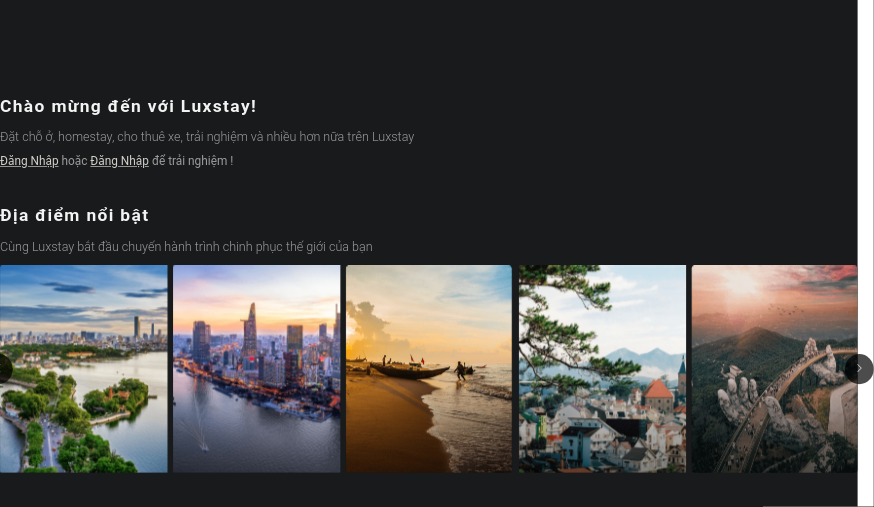
Repository: thuong22062004/Luxstay
Page: index.html
An editor plug-in stored every save of this project. The page is shown before and after the next save, followed by the edit.
The browser window is 1280 px wide. The page is 1304 px wide, so the pictures cover 1304 px, including what lies to the right of the window. The pictures show the whole page, at 67% of full size.
Some web libraries are served in a nearby version.

Above is the page before, as saved 2021-11-21 08:26:29.
Console error: TypeError: Cannot read properties of undefined (reading 'offsetWidth')

### index.html
<!DOCTYPE html>
<html lang="en">
<head>
    <meta charset="UTF-8">
    <meta http-equiv="X-UA-Compatible" content="IE=edge">
    <meta name="viewport" content="width=device-width, initial-scale=1.0">
    <link rel="stylesheet" href="./asset/grid.css">
    <link rel="stylesheet" href="./travel/dif.css">
    <link rel="stylesheet" href="./travel/thesame.css">
    <link
    rel="stylesheet"
    type="text/css"
    href="https://cdn.jsdelivr.net/npm/slick-carousel@1.8.1/slick/slick.css"
  />
    <link rel="stylesheet" href="./travel/icon/themify-icons-font/themify-icons/themify-icons.css">
    <title>Document</title>
</head>
<body>
    <div class="traveling">
        <!-- <header class="header">
            <div class="grid-comon">
                <div class="header__contain">
                    <div class="header__logo-search">
                        <svg version="1.1" fil ="white" viewBox="0 0 50 50" class="header__logo" style="width: 50px; height: 50px; "><path pid="0" fill="#fff" d="M25.093 0c13.781.06 24.94 11.317 24.882 25.106C49.917 38.894 38.663 50.058 24.88 50 11.1 49.942-.059 38.683.001 24.894.057 11.106 11.31-.058 25.092 0zm11.801 31.9L14.398 16.053c.241-.26.48-.518.74-.777 2.7-2.687 5.971-4.031 9.775-4.015 3.804.015 7.064 1.388 9.741 4.098.238.241.476.482.694.743l-5.951 4.133 2.381 1.688 5.153-3.576v.02L39.33 16.7c-.692-1.203-1.584-2.325-2.616-3.39-3.231-3.292-7.167-4.947-11.788-4.967-4.6-.019-8.53 1.603-11.809 4.867a17.806 17.806 0 00-2.682 3.408l1.429 1.004 23.429 16.51c-.24.26-.48.518-.74.777-2.7 2.687-5.971 4.011-9.775 3.996-3.803-.016-7.063-1.37-9.74-4.08-.258-.26-.496-.521-.734-.782l6.111-4.251-.139-.181-2.183-1.528-5.373 3.735v-.021l-2.377 1.65a17.824 17.824 0 002.654 3.43c3.253 3.291 7.169 4.946 11.769 4.965 4.62.021 8.549-1.602 11.83-4.866 1.06-1.075 1.96-2.21 2.682-3.406l-2.383-1.67z">
                      </path>
                    </svg>
                    <div class="header_search">
                        <div class="header__search-cotainer-input">
                        <input type="search" name="HI"  class="header__input-seacrch" placeholder="Tìm kiếm">
                            <div class="history__search">
                                <h3 class="hitory__search--heading">History</h3>
                                <ul class="history__search-list">
                                    <li class="history__search-item">
                                        <a href="" class="history__search-link">Dubai</a>
                                    </li>
                                    <li class="history__search-item">
                                        <a href="" class="history__search-link">Dubai</a>
                                    </li>
                                    <li class="history__search-item">
                                        <a href="" class="history__search-link">Dubai</a>
                                    </li>
                                    <li class="history__search-item">
                                        <a href="" class="history__search-link">Dubai</a>
                                    </li>
                                </ul>
                            </div>
                        </div>
                        <div class="header__day-guest">
                            <div class="hedaer__lich">
                                <span class="header_theday"><i class="header_theday-icon ti-calendar"></i>
                                    Ngày
                                </span>
                            </div>
                            <div class="header__guest-number">
                                <span class="header_theday"><i class=" header_theday-icon ti-user"></i>
                                    Số khách
                                </span>
                            </div>
                            <div class="header_search-icons">
                                <button class="btn btn-comon ">
                                <i class=" header_search-icon-search ti-search"></i>
                                </button>
                            </div>
                        </div>
                    </div>
                    </div>
                    <div class="header__nav">
                           <ul class="header__menu">
                               <li class="header__menu-item">
                                   <a href="" class="header__menu-link">Guide</a>
                                </li>
                                <li class="header__menu-item">
                                    <a href="" class="header__menu-link">Host</a>
                                 </li>
                                 <li class="header__menu-item">
                                    <a href="./travel/singup.html" class="header__menu-link">Đăng kí </a>
                                 </li>
                                 <li class="header__menu-item">
                                    <a href="./travel/login.html" class="header__menu-link">Đăng nhập</a>
                                 </li>
                                 <li class="header__menu-item  ">
                                     <input type="checkbox"  hidden name="" class="language__appear" id="languge__click-check">
                                     <label for = "languge__click-check" class="header__menu-item-img">
                                        <img class="header__menu-icon-img" src="https://www.luxstay.com/icons/vi.svg"/>
                                    <p href="" class="header__menu-link">VND <i class="ti-arrow-circle-down"></i></p>
                                    </label>
                                     <div class="header__language-container">
                                         <div class="header__language">
                                             <ul class="header__language-list">
                                                 <li class="header__languge-items">
                                                     <div class="language__item-use language__item-use-active">
                                                          <img class="header__language-img" src="https://www.luxstay.com/icons/vi.svg"/>
                                                            <a class="language__item-title">Tiếng Việt <i class="ti-check language__item-active"></i></a>
                                                     </div>
                                                 </li>
                                                 <li class="header__languge-items">
                                                    <div class="language__item-use ">
                                                         <img class="header__language-img" src="https://www.luxstay.com/icons/en.svg"/>
                                                           <a class="language__item-title">English<i class="ti-check language__item-active"></i></a>
                                                    </div>
                                                </li>
                                                <li class="header__laneguge-items">
                                                    <div class="language__item-use ">
                                                         <img class="header__language-img" src="https://www.luxstay.com/icons/ko.svg"/>
                                                           <a class="language__item-title">Korean<i class="ti-check language__item-active"></i></a>
                                                    </div>
                                                </li>
                                             </ul>
                                             <ul class="header__language-list">
                                                <li class="header__languge-items">
                                                    <div class="crash__item-use language__item-use-active ">
                                                           <span class="languge__item-symboi">VND</span>
                                                           <a class="language__item-title">Việt Nam Đồng<i class="ti-check language__item-active"></i></a>
                                                    </div>
                                                </li>
                                                <li class="header__languge-items">
                                                   <div class="crash__item-use ">
                                                    <span class="languge__item-symboi">USD</span>
                                                          <a class="language__item-title">United States Dollar<i class="ti-check language__item-active"></i></a>
                                                   </div>
                                               </li>
                                            </ul>
                                         </div>
                                     </div>
                                 </li>
                           </ul>
                    </div>
                </div>
            </div>
        </header> -->
        <div class="container">
            <div class="grid-comon">
            <div class="contain-slider">
                <!-- <div class="slider">
                    <i class="ti-angle-left slider__back "></i>
                    <i class="ti-angle-right slider__next "></i>
                    <ul class="list__dots">
                        <li class="item-dot active" data-index ="0"></li>
                        <li class="item-dot" data-index ="1"></li>
                        <li class="item-dot" data-index ="2"></li>
                        <li class="item-dot" data-index ="3"></li>
                        <li class="item-dot" data-index ="4"></li>
                    </ul>
                    <div class="contain-img">
                         <div class="list-img">
                         <div class="img-item">
                             <img src="./img/anh1.png" class= "img-child"  alt="" sizes="" srcset="">
                         </div>
                         <div class="img-item">
                             <img src='./img/anh2.png' class= "img-child" alt="" sizes="" srcset="">
                         </div>
                         <div class="img-item">
                             <img src="./img/anh1.png"class= "img-child" alt="" sizes="" srcset="">
                         </div>
                         <div class="img-item">
                             <img src="./img/anh2.png"class= "img-child"  alt="" sizes="" srcset="">
                         </div>
                         <div class="img-item">
                             <img src="./img/anh1.png"  class= "img-child" alt="" sizes="" srcset="">
                         </div>
                         </div>
                    </div>
                </div> -->
            </div>
            <div class="contain__fullofText grid">
                <h3 class="text-mutual">Chào mừng đến với Luxstay!</h3>
                <p class="text__chil-common">Đặt chỗ ở, homestay, cho thuê xe, trải nghiệm và nhiều hơn nữa trên Luxstay</p>
                <span class="text-log"><a href="" class="text__link-log">Đăng Nhập</a>
                    hoặc
                    <a href="" class="text__link-log">Đăng Nhập</a>
                    để trải nghiệm !
                </span>
            </div>
            <div class="contain__fullofText grid">
                <h3 class="text-mutual">Địa điểm nổi bật</h3>
                <p class="text__chil-common">Cùng Luxstay bắt đầu chuyến hành trình chinh phục thế giới của bạn</p>
            </div>
            <div class="slide-location">
                <div class="grid">
                <div class="row slider__slick-site">
                    <div class="col l-2 c-12">
                        <div class="img__local-list">
                                <img src="./img/ảnh HA NOI.png" alt="" class="img__local-item">
                                <div class="text__site-number">
                              <div class="contain__location-control">
                                <h5 class="text-site">Hà Nội</h5>
                               <p class="text-numofguest">2657 Chỗ ở</p>
                              </div>
                        </div>
                    </div>
                </div>
                <div class="col l-2 c-12">
                    <div class="img__local-list">
                            <img src="./img/tphcm.png" alt="" class="img__local-item">
                            <div class="text__site-number">
                          <div class="contain__location-control">
                            <h5 class="text-site">TP.Hồ Chí Minh</h5>
                           <p class="text-numofguest">2242 Chỗ ở</p>
                          </div>
                    </div>
                </div>
            </div>
            <div class="col l-2 c-12">
                <div class="img__local-list">
                        <img src="./img/vungtau.png" alt="" class="img__local-item">
                        <div class="text__site-number">
                      <div class="contain__location-control">
                        <h5 class="text-site">Vũng Tàu</h5>
                       <p class="text-numofguest">549 Chỗ ở</p>
                      </div>
                </div>
            </div>
        </div>
        <div class="col l-2 c-12">
            <div class="img__local-list">
                    <img src="./img/dalat.png" alt="" class="img__local-item">
                    <div class="text__site-number">
                  <div class="contain__location-control">
                    <h5 class="text-site">Đà Lạt </h5>
                   <p class="text-numofguest">1488 Chỗ ở</p>
                  </div>
            </div>
        </div>
    </div>
    <div class="col l-2 c-12">
        <div class="img__local-list">
                <img src="./img/danang.png" alt="" class="img__local-item">
                <div class="text__site-number">
              <div class="contain__location-control">
                <h5 class="text-site">Đà nẵng</h5>
               <p class="text-numofguest">897 Chỗ ở</p>
              </div>
        </div>
    </div>
</div>
<div class="col l-2 c-12">
    <div class="img__local-list">
            <img src="./img/nhatrang.png" alt="" class="img__local-item">
            <div class="text__site-number">
          <div class="contain__location-control">
            <h5 class="text-site">Nha trang</h5>
           <p class="text-numofguest">635 Chỗ ở</p>
          </div>
    </div>
</div>
</div>
<div class="col l-2 c-12">
    <div class="img__local-list">
            <img src="./img/quangninh.png" alt="" class="img__local-item">
            <div class="text__site-number">
          <div class="contain__location-control">
            <h5 class="text-site">Quảng Ninh</h5>
           <p class="text-numofguest">218 Chỗ ở</p>
          </div>
    </div>
</div>
</div>
<div class="col l-2 c-12">
    <div class="img__local-list">
            <img src="./img/hoian.png" alt="" class="img__local-item">
            <div class="text__site-number">
          <div class="contain__location-control">
            <h5 class="text-site">Hội an</h5>
           <p class="text-numofguest">323 Chỗ ở</p>
          </div>
    </div>
</div>
</div>
            </div>
        </div>
        </div>
        </div>
        <div class="footer"></div>
    </div>
    <script
      type="text/javascript"
      src="https://code.jquery.com/jquery-1.11.0.min.js"
    ></script>
    <script
      type="text/javascript"
      src="https://code.jquery.com/jquery-migrate-1.2.1.min.js"
    ></script>
    <script
      type="text/javascript"
      src="https://cdn.jsdelivr.net/npm/slick-carousel@1.8.1/slick/slick.min.js"
    ></script>
    <script src="index.js"></script>
    <script src="./slickslider/slickone.js"></script>
</body>
</html>

### travel/thesame.css
:root{
    --background-comon:#131516;
    --text-color : #d3cfc9;
    --text-hover :rgba(23, 241, 241, 0.7) ;
    --text-child :#131516;
    --text-title :#f3f3f3;
    --text-white :white;
    --outstanding-color:#181a1b;
    --text-pink:#ee0979;
    --text-small:#9d9d9d;
}
*{
    box-sizing: inherit;
    margin: 0;
    padding: 0;
}
html{
    font-size: 65%;
    line-height: 1.6rem;
    box-sizing: border-box;
    font-family: 'Roboto', sans-serif;
}
/*resposive*/
.grid {
    width: 1300px;
    max-width: 100%;
    margin: 0 auto;
}
.grid-comon{
    width:1500px;
    max-width: 100%;
    margin:0 auto;
}
.grid__row {
    display: flex;
    flex-wrap: wrap;
    margin-left: -9px; /*quy tắc 12column grid*/
    margin-right: -9px; /*quy tắc 12column grid*/
}
.grid__column-5{
    padding-left: 9px;
    padding-right: 9px;
    width: 20%;
}
/*nút*/
.btn{
    min-height: 30px;
    line-height: 30px;
    min-width: 56px;
    border: none;
    outline: none;
    border-radius: 5px;
    display: flex;
    align-items: center;
    justify-content: center;
    cursor: pointer;
    text-align: center;
}
.btn.btn-comon{
    background: #555555;
    min-height: 41px;
}
.btncircle{
    border-radius: 40px;
    border: 1px  solid #373c3e;
}
/*amination*/
@keyframes FadeIn {
    from{
        opacity: 0;
    }
    to{
        opacity: 1;
    }
}
 /*                       footer                                  */
.footer__contian{
    background:#181a1b;
    border-top: 0.25px solid wheat;
}
.footer__body-content{
    width: 100%;
    text-align: center;
    margin-top: 30px;
    padding-bottom: 30px;
}
.footer_content-text{
       font-size: 1.4rem;
    color: var(--text-color);
    line-height:2.5rem;
    letter-spacing: 1px;
    opacity: 0.6;
}
/* / text common */
.text-mutual{
    font-size:2.5rem;
    letter-spacing: 2px;
    color:var(--text-title);
    font-weight: 600;
    margin-bottom: 30px;
}
.text__chil-common{
    font-size:1.8rem;
    color:var(--text-small);
    margin-bottom: 20px;
    font-weight: 300;
}
.text__link-log{
    color:var(--text-color)
}
.contain__fullofText{
    margin-top: 60px;
}
.l-2{
    flex: 0 0 16.66667%;
    max-width: 20%;;
}
@media screen and (min-width:1113px) {
    .row{
       margin-left: -4px;
       margin-right: -4px;
    }
    .col{
        padding-left: 4px;
        padding-right: 4px;
    }
}

Loaded but not shown: travel/icon/themify-icons-font/themify-icons/themify-icons.css (common file); index.js (63 lines, source omitted); slickslider/slickone.js (33 lines, source omitted); travel/dif.css (395 lines, source omitted); asset/grid.css (463 lines, source omitted)

After the next save:
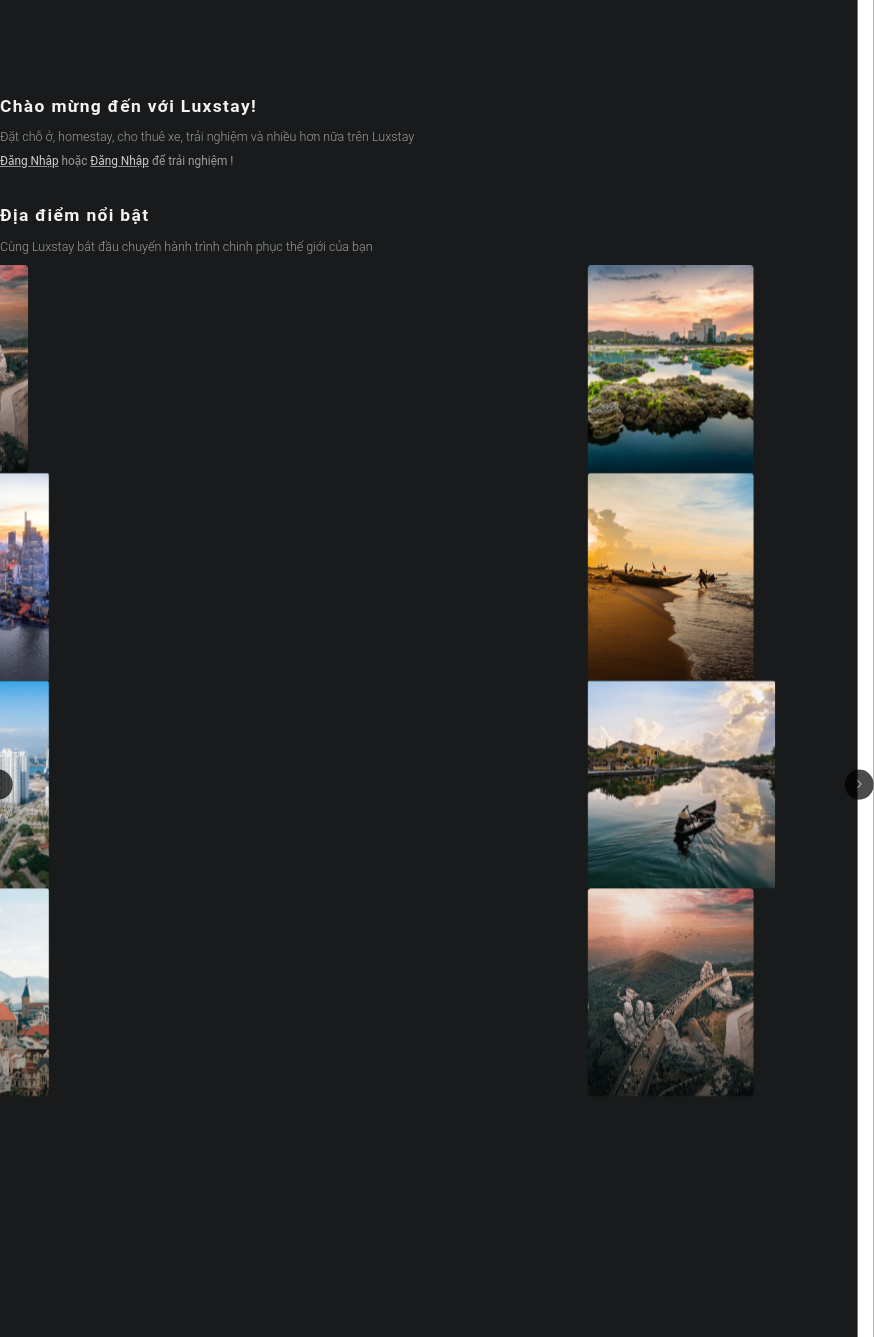
Saved 3 min 16 s later.
--- a/travel/thesame.css
+++ b/travel/thesame.css
@@ -113,7 +113,7 @@
 }
 .l-2{
     flex: 0 0 16.66667%;
-    max-width: 20%;;
+    min-width: 20%;;
 }
 @media screen and (min-width:1113px) {
     .row{

After the save that followed:
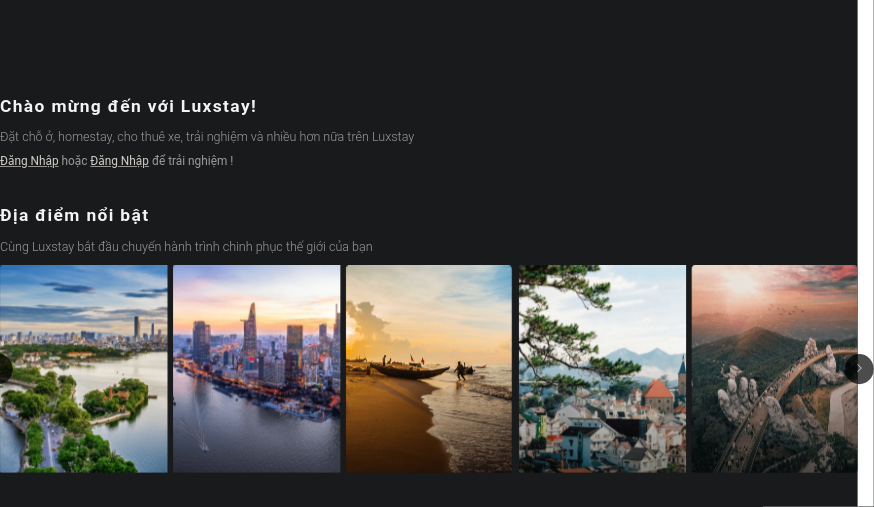
Saved 9 s later.
--- a/travel/thesame.css
+++ b/travel/thesame.css
@@ -113,7 +113,7 @@
 }
 .l-2{
     flex: 0 0 16.66667%;
-    min-width: 20%;;
+    max-width: 20%;;
 }
 @media screen and (min-width:1113px) {
     .row{
